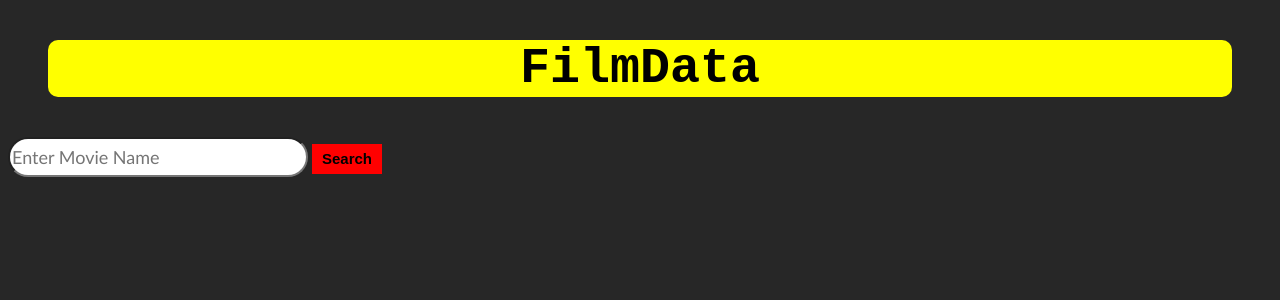
Repository: priyankajainmodi/film_data
Page: index.html
These files come from the project's save history. The page is drawn as it stood at one moment and after the next save; the edit follows.
The browser window is 1280 px wide. The pictures show the whole page.

Above is the page before, as saved 2021-11-25 22:24:31.

After the next save:
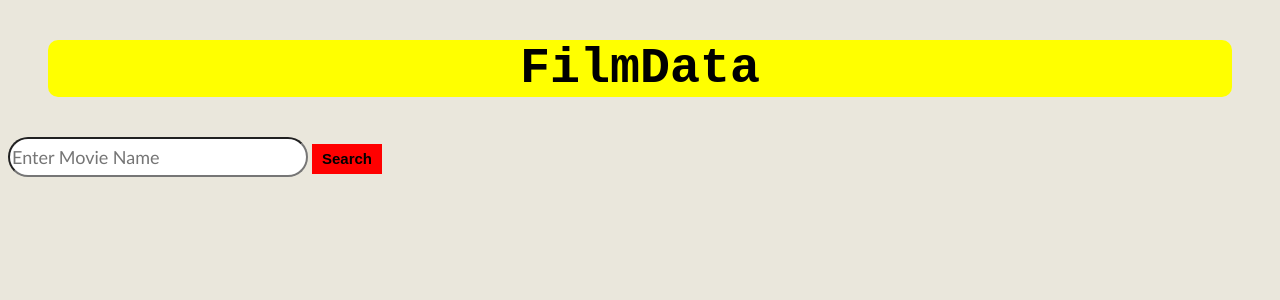
Saved 2 min 5 s later.
--- a/index.html
+++ b/index.html
@@ -46,7 +46,7 @@
 
 </head>
 
-<body bgcolor="#272727">
+<body bgcolor="#EAE7DC">
     <h1 id="heading" style="color:#000;margin-bottom:50;border-radius:10px; text-align:center;font-family:monospace;background-color:yellow;font-size:50px;margin:40px;">FilmData</h1>
 
     <div id="enter">
